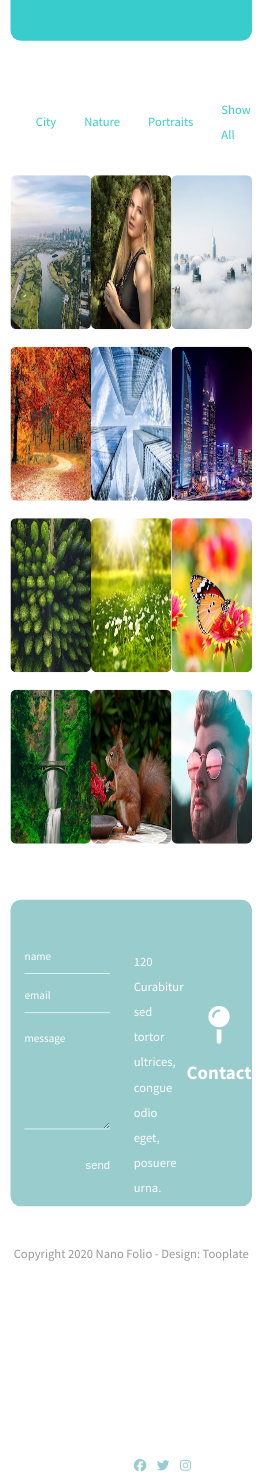
Repository: BuiVanVu102/Tooplate
Page: index.html
An editor plug-in stored every save of this project. The page is shown before and after the next save, followed by the edit.
The browser window is 375 px wide. The pictures show the part of the page from y = 1296 to 3536 px (the page is 3409 px tall before and 3899 px after), at 70% of full size.
Some web libraries are served in a nearby version. The style sheet was rebuilt from its Sass, Less or Tailwind sources for each picture, by a compiler version that may differ from the author's.

Above is the page before, as saved 2021-11-17 12:58:24.

After the next save:
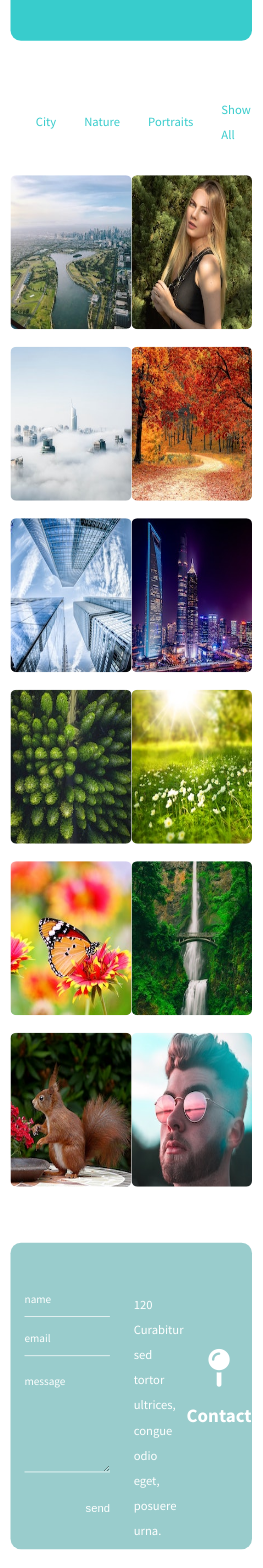
Saved 82 s later.
--- a/sass/_show.scss
+++ b/sass/_show.scss
@@ -59,7 +59,12 @@
 
 @media screen and (max-width: 375px) {
 	.show__header {
-		display: inline-block;
+		display: flex;
 
 	}
+	.show__list {
+		display: grid;
+		grid-template-columns: repeat(2, 1fr);
+		gap: 25px 0px;
+	}
 }
